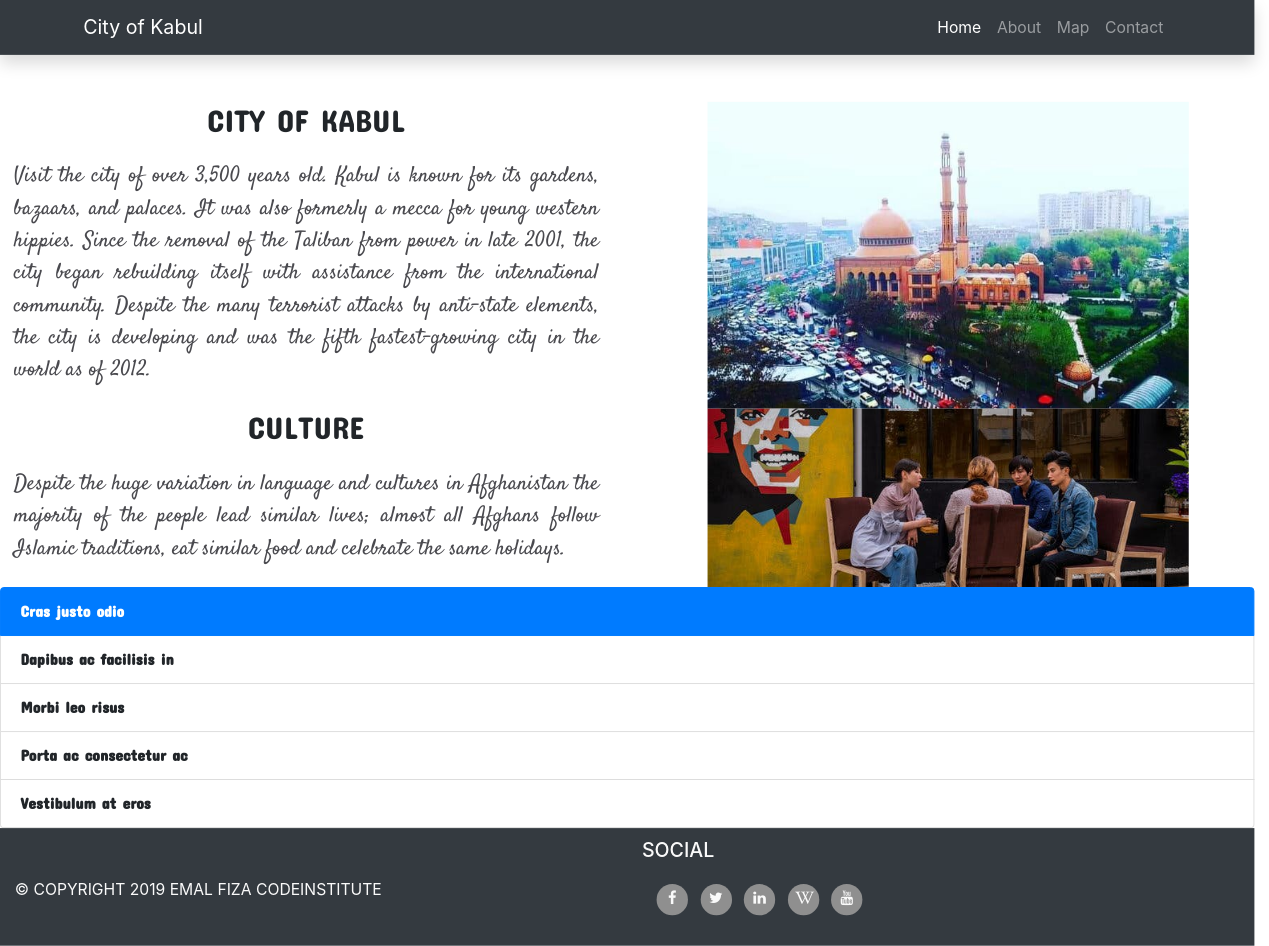
Repository: emalfiza/project-kabul
Page: about.html
The author's editor kept a record of every edit. The page is drawn from the files as they stood at one moment, then again after the next edit.
The browser window is 1280 px wide. The page is 1295 px wide, so the pictures cover 1295 px, including what lies to the right of the window. The pictures show the whole page, at 98% of full size.

Above is the page before.

### about.html
<!DOCTYPE html>
<html lang="en">

<head>
  <meta charset="UTF-8">
  <meta name="viewport" content="width=device-width, initial-scale=1.0">
  <meta http-equiv="X-UA-Compatible" content="ie=edge">
  <link rel="stylesheet" href="https://stackpath.bootstrapcdn.com/bootstrap/4.3.1/css/bootstrap.min.css" type="text/css" />
  <link rel="stylesheet" href="https://stackpath.bootstrapcdn.com/font-awesome/4.7.0/css/font-awesome.min.css" type="text/css" />
  <link rel="stylesheet" href="assets/css/style.css" type="text/css" />
  <title>City of Kabul</title>
</head>

<body>
  <header>

    <!------------------------------------------- Navigation -->

    <nav class="navbar navbar-expand-lg navbar-dark bg-dark static-top mb-5 shadow">
      <div class="container">
        <a class="navbar-brand" href="#">City of Kabul</a>
        <button class="navbar-toggler" type="button" data-toggle="collapse" data-target="#navbarResponsive" aria-controls="navbarResponsive" aria-expanded="false" aria-label="Toggle navigation">
          <span class="navbar-toggler-icon"></span>
        </button>
        <div class="collapse navbar-collapse" id="navbarResponsive">
          <ul class="navbar-nav ml-auto">
            <li class="nav-item active">
              <a class="nav-link" href="#">Home
                <span class="sr-only">(current)</span>
              </a>
            </li>
            <li class="nav-item">
              <a class="nav-link" href="#">About</a>
            </li>
            <li class="nav-item">
              <a class="nav-link" href="#">Map</a>
            </li>
            <li class="nav-item">
              <a class="nav-link" href="#">Contact</a>
            </li>
          </ul>
        </div>
      </div>
    </nav>

  </header>

  <!------------------------------------------ Page Content -->

  <section class="conrainer-fluid">
    <div class="row">
      <div class="col-sm-6">
        <h2 class="section-heading uppercase">City of Kabul</h2>
        <p class="section-paragraph">
          Visit the city of over 3,500 years old. Kabul is known for its gardens, bazaars, and palaces. It was also formerly a mecca for young western hippies. Since the removal of the Taliban from power in late 2001, the city began rebuilding itself with assistance
          from the international community. Despite the many terrorist attacks by anti-state elements, the city is developing and was the fifth fastest-growing city in the world as of 2012.
        </p>
      </div>
      <div class="col-sm-6 image-kb">
      </div>
    </div>
  </section>

  <section class="conrainer-fluid">
    <div class="row">
      <div class="col-sm-6">
        <h2 class="section-heading uppercase">Culture</h2>
        <p class="section-paragraph">
          Despite the huge variation in language and cultures in Afghanistan the majority of the people lead similar lives; almost all Afghans follow Islamic traditions, eat similar food and celebrate the same holidays.
        </p>
      </div>
      <div class="col-sm-6 image-kb-culture">
      </div>
    </div>
  </section>
  <section>

   <ul class="list-group">
  <li class="list-group-item active">Cras justo odio</li>
  <li class="list-group-item">Dapibus ac facilisis in</li>
  <li class="list-group-item">Morbi leo risus</li>
  <li class="list-group-item">Porta ac consectetur ac</li>
  <li class="list-group-item">Vestibulum at eros</li>
  </ul>

  </section>

  <!------------------------------------------------ Footer -->

  <footer class="container-fluid">
    <div class="row">
      <div class="col-sm-6">
        <p class="uppercase general-sub special">&copy; Copyright 2019 Emal Fiza CodeInstitute</p>
      </div>
      <div class="col-sm-6">
        <h5 class="uppercase general-sub">Social</h5>
        <ul class="list-inline social-links">
          <li class="list-inline-item">
            <a target="_blank" href="#">
              <i class="fa fa-facebook" aria-hidden="true"></i>
              <span class="sr-only">Facebook</span>
            </a>
          </li>
          <li class="list-inline-item">
            <a target="_blank" href="#">
              <i class="fa fa-twitter" aria-hidden="true"></i>
              <span class="sr-only">Twitter</span>
            </a>
          </li>
          <li class="list-inline-item">
            <a target="_blank" href="#">
              <i class="fa fa-linkedin" aria-hidden="true"></i>
              <span class="sr-only">LinkedIn</span>
            </a>
          </li>
          <li class="list-inline-item">
            <a target="_blank" href="#">
              <i class="fa fa-wikipedia-w" aria-hidden="true"></i>
              <span class="sr-only">Wikipedia</span>
            </a>
          </li>
          <li class="list-inline-item">
            <a target="_blank" href="#">
              <i class="fa fa-youtube" aria-hidden="true"></i>
              <span class="sr-only">YouTube</span>
            </a>
          </li>
        </ul>
      </div>
    </div>

  </footer>
</body>

</html>

### assets/css/style.css
@import url('https://fonts.googleapis.com/css?family=Concert+One|Satisfy&display=swap:100,200,300,400,500,600,700,800|satisfy:100,200,300,400,500,600,700,800');

/* -----------------------------------------------------Navbar --*/

.navbar-brand {
  color: #fafafa;
}

/* -- The bellow body css imported from the startbootstrap.com --*/

.image {
  background: url("../images/kabul.jpg") no-repeat center center fixed;
  background-size: cover;
  -webkit-background-size: cover;
  -moz-background-size: cover;
  -o-background-size: cover;
}

.image-kb {
  background: url("../images/city-kabul.jpeg") no-repeat center;
  background-size: 75% auto;
  max-width: 100%;
  height: auto;
  margin: 0;
}

.image-kb-culture {
  background: url("../images/kabul-culture.jpg") no-repeat center;
  background-size: 75% auto;
  max-width: 100%;
  height: auto;
  margin: 0;
}

/* -----------------------------------------------------Heading --*/

.title {
  font-family: "Concert One", sans-serif;
  font-weight: bolder;
  text-align: center;
  letter-spacing: 2px;
  text-transform: uppercase;
  font-size: 60px;
  color: #fafafa;
  margin-bottom: 10px;
}

hr {
  width: 20%;
  display: block;
  margin-top: 0.5em;
  margin-bottom: 0.5em;
  margin-left: auto;
  margin-right: auto;
  border-style: double;
  border-width: 1px;
  border-radius: 2px;
  height: 2px;
  color: #fafafa;
  background-color: #fafafa;
}

.card {
  background-color: rgba(0, 0, 0, 0.3);
}

.context {
  margin-top: 14%;
}

.primary,
.lead {
  font-family: "satisfy", sans-serif;
  font-size: 22px;
  color: #fafafa;
  text-align: center;
  margin-top: 32px;
}

.lead {
  margin-top: 20px;
}

.section-heading {
  font-family: "Concert One", sans-serif;
  text-align: center;
}

/* -----------------------------------------------------Main content --*/

.section-paragraph {
  font-family: "Satisfy", sans-serif;
  margin: 22px 14px 22px 14px;
  text-align: justify;
  font-weight: 400;
  font-size: 22px;
  color: #4a4a4f;
}

.list-group {
  margin-top: 18px ;
  padding: 0;
  margin: 0;
  font-family: "Concert One", sans-serif;
  font-weight: 600;
  color: #212529;
}

/* -----------------------------------------------------Footer --*/

footer {
  background-color: #343a40!important;
  color: #fafafa;
  min-height: 100px;
}

.uppercase {
  text-transform: uppercase;
}

/* --The font-family for the general-sub I copied from the bootsratp navbar "DevTool" of my home page
because I wanted my footer font family to match my navbar--*/

.general-sub {
  font-family: -apple-system, BlinkMacSystemFont, "Segoe UI", Roboto, "Helvetica Neue",
  Arial, "Noto Sans", sans-serif, "Apple Color Emoji", "Segoe UI Emoji", "Segoe UI Symbol", "Noto Color Emoji";
  margin-top: 10px;
}

.special {
  margin-left: 0px;
  margin-top: 50px;
}

.social-links {
  padding: 15px;
}

.social-links li a i {
  position: relative;
  width: 32px;
  height: 32px;
  padding: 8px;
  border-radius: 50%;
  font-size: 15px;
  line-height: 12px;
  text-align: center;
  color: #fafafa;
  background-color: #8f8f8f;
  transition: all 0.40s ease-in-out;
  -moz-transition: all 0.40s ease-in-out;
  -webkit-transition: all 0.40s ease-in-out;
  -o-transition: all 0.40s ease-in-out;
}

.social-links li a i:hover {
  background-color: #252525;
}

After the next edit:
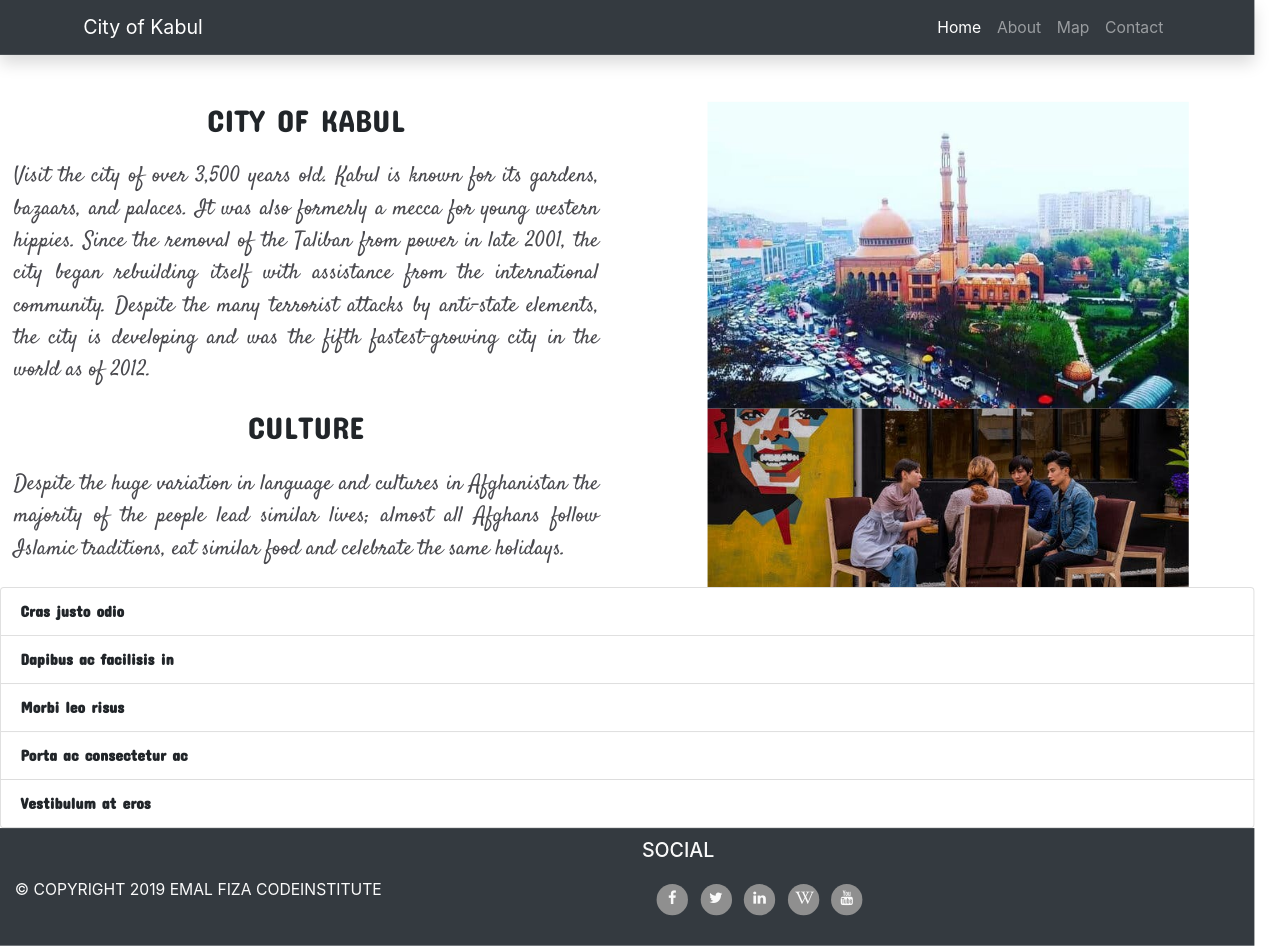
The edit:
--- a/about.html
+++ b/about.html
@@ -75,13 +75,13 @@
   </section>
   <section>
 
-   <ul class="list-group">
-  <li class="list-group-item active">Cras justo odio</li>
+  <ul class="list-group">
+  <li class="list-group-item">Cras justo odio</li>
   <li class="list-group-item">Dapibus ac facilisis in</li>
   <li class="list-group-item">Morbi leo risus</li>
   <li class="list-group-item">Porta ac consectetur ac</li>
   <li class="list-group-item">Vestibulum at eros</li>
-  </ul>
+</ul>
 
   </section>
 
